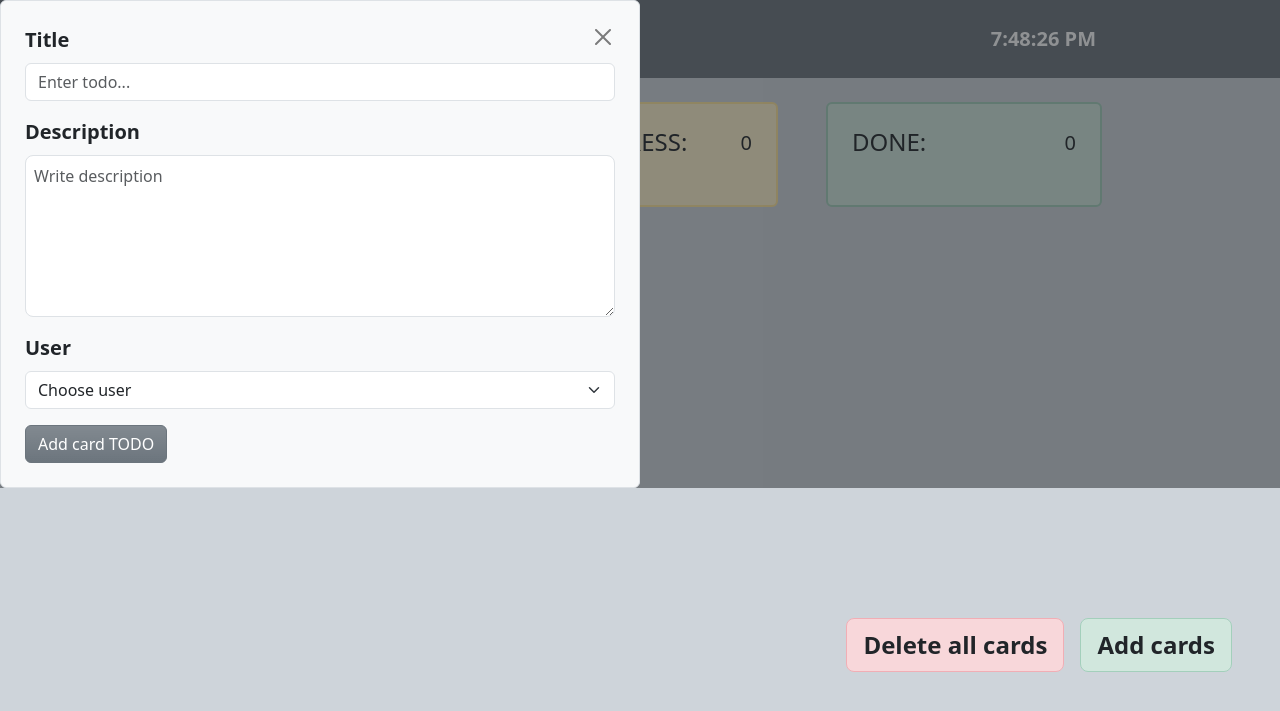
Repository: Valeria154/trello-app-clone
Page: / (app in trello-app-project/)
These files come from the project's save history. The page is drawn as it stood at one moment and after the next save; the edit follows.
The browser window is 1280 px wide. The pictures show the whole page.
After loading, the first visible `#addCardBtn` was clicked once.
The project was rebuilt for these pictures with package versions that can differ from the ones it lists, and the page was loaded fresh each time. Also part of the build but not shown: trello-app-project/vite.config.js.

Above is the page before, as saved 2025-03-15 20:58:05.

### trello-app-project/src/index.html
<!doctype html>
<html lang="en">

<head>
	<meta charset="UTF-8" />
	<meta name="viewport" content="width=device-width, initial-scale=1.0" />
	<title>Trello</title>
	<script type="module" src="./main.js"></script>
</head>

<body class="bg-dark-subtle">
	<header class="bg-secondary p-3">
		<div class="container d-flex justify-content-between align-items-center mx-autox w-75">
			<h1 class="fs-2 fw-bold text-white">Trello</h1>
			<div class="fs-5 fw-semibold text-white" id="clock"></div>
		</div>
	</header>
	<main class="p-4">
		<div class="container text-center w-75">
			<div class="row align-items-start mb-6 gap-5">
				<!-- TODO -->
				<div class="col border border-primary-subtle border-2 rounded-2 text-dark p-4 bg-primary-subtle">
					<div class="d-flex justify-content-between mb-3">
						<h4>TODO:</h4>
						<div id="todoCount" class="fs-5">0</div>
					</div>
					<div id="todo"></div>
				</div>
				<!-- In progress -->
				<div class="col border border-warning-subtle border-2 rounded-2 text-dark p-4 bg-warning-subtle">
					<div class="d-flex justify-content-between mb-3">
						<h4>IN PROGRESS:</h4>
						<div id="progressCount " class="fs-5">0</div>
					</div>
					<div id="progress"></div>
				</div>
				<!-- Done -->
				<div class="col border border-success-subtle border-2 rounded-2 text-dark p-4 bg-success-subtle">
					<div class="d-flex justify-content-between mb-3">
						<h4>DONE:</h4>
						<div id="doneCount" class="fs-5">0</div>
					</div>
					<div id="done"></div>
				</div>
			</div>
			<div class="d-grid gap-2 d-md-flex justify-content-md-end position-fixed bottom-0 end-0 p-5">
				<button class="btn btn-lg bg-danger-subtle border-danger-subtle me-md-2 fs-4 fw-semibold" type="button"
					id="deleteAllBtn">Delete all
					cards</button>
				<button id="addCardBtn" class="btn btn-lg bg-success-subtle border-success-subtle fs-4 fw-semibold"
					type="button">Add
					cards</button>
			</div>
			<!-- Modal form -->
			<div id="modalFormContainer" class="d-flex justify-content-center align-items-center position-relative"
				style="z-index: 20">
				<!-- <div class="position-fixed top-50 start-50 translate-middle w-100 bg-dark bg-opacity-50">
					<form class="p-4 border rounded bg-light text-start fw-semibold w-50 position-relative">
						<div class="mb-3">
							<label for="titile" class="form-label fs-5">Title</label>
							<input type="text" class="form-control" id="title" placeholder="Enter todo...">
						</div>
						<div class="mb-3">
							<label for="description" class="form-label fs-5">Description</label>
							<textarea class="form-control p-2 rounded-3" id="description" rows="6"
								placeholder="Write description"></textarea>
						</div>
						<div class="mb-3">
							<label for="user" class="form-label fs-5">User </label>
							<select id="user" class="form-select">
								<option selected value="">Choose user</option>
								<option value="Amelia">Amelia</option>
								<option value="Mary">Mary</option>
								<option value="Thomas">Thomas</option>
								<option value="Harry">Harry</option>
								<option value="Susan">Susan</option>
							</select>
						</div>
						<button type="submit" class="btn btn-primary bg-secondary bg-gradient border-secondary">Add card
							TODO</button>
						<button type="button" class="btn-close position-absolute top-0 end-0 me-4 mt-4"
							aria-label="close"></button>
					</form>
				</div> -->
			</div>
		</div>
	</main>

</body>

</html>

### trello-app-project/src/main.js
import './style.scss'
// import javascriptLogo from './javascript.svg'
// import viteLogo from '/vite.svg'

const clockElement = document.querySelector('#clock')
const addCardElement = document.querySelector('#addCardBtn')
const modalFormElement = document.querySelector('#modalFormContainer')

//функция, которая отражает часы
function showClock() {
	clockElement.textContent = new Date().toLocaleTimeString()
}
setInterval(showClock, 1000)
showClock()


//открытие модального окна после клика
addCardElement.addEventListener('click', handleClickButtonAddCard)

function handleClickButtonAddCard() {
	toggleModal(modalFormElement)
	modalFormElement.innerHTML = buildModalForm()
}

function toggleModal(modal) {
	modal.classList.toggle('show'); // Переключает класс "show", отвечающий за видимость
}
function buildModalForm() {
	return `
				<div class="position-fixed top-0 start-0 w-100 bg-dark bg-opacity-50">
					<form class="p-4 border rounded bg-light text-start fw-semibold w-50 position-relative">
						<div class="mb-3">
							<label for="title" class="form-label fs-5">Title</label>
							<input type="text" class="form-control" id="title" placeholder="Enter todo...">
						</div>
						<div class="mb-3">
							<label for="description" class="form-label fs-5">Description</label>
							<textarea class="form-control p-2 rounded-3" id="description" rows="6"
								placeholder="Write description"></textarea>
						</div>
						<div class="mb-3">
							<label for="user" class="form-label fs-5">User </label>
							<select id="user" class="form-select">
								<option selected value="">Choose user</option>
								<option value="Amelia">Amelia</option>
								<option value="Mary">Mary</option>
								<option value="Thomas">Thomas</option>
								<option value="Harry">Harry</option>
								<option value="Susan">Susan</option>
							</select>
						</div>
						<button type="submit" class="btn btn-primary bg-secondary bg-gradient border-secondary">Add card
							TODO</button>
						<button type="button" class="btn-close position-absolute top-0 end-0 me-4 mt-4"
							aria-label="close"></button>
					</form>
				</div>
	`

}

Loaded but not shown: trello-app-project/src/style.scss (common file)

After the next save:
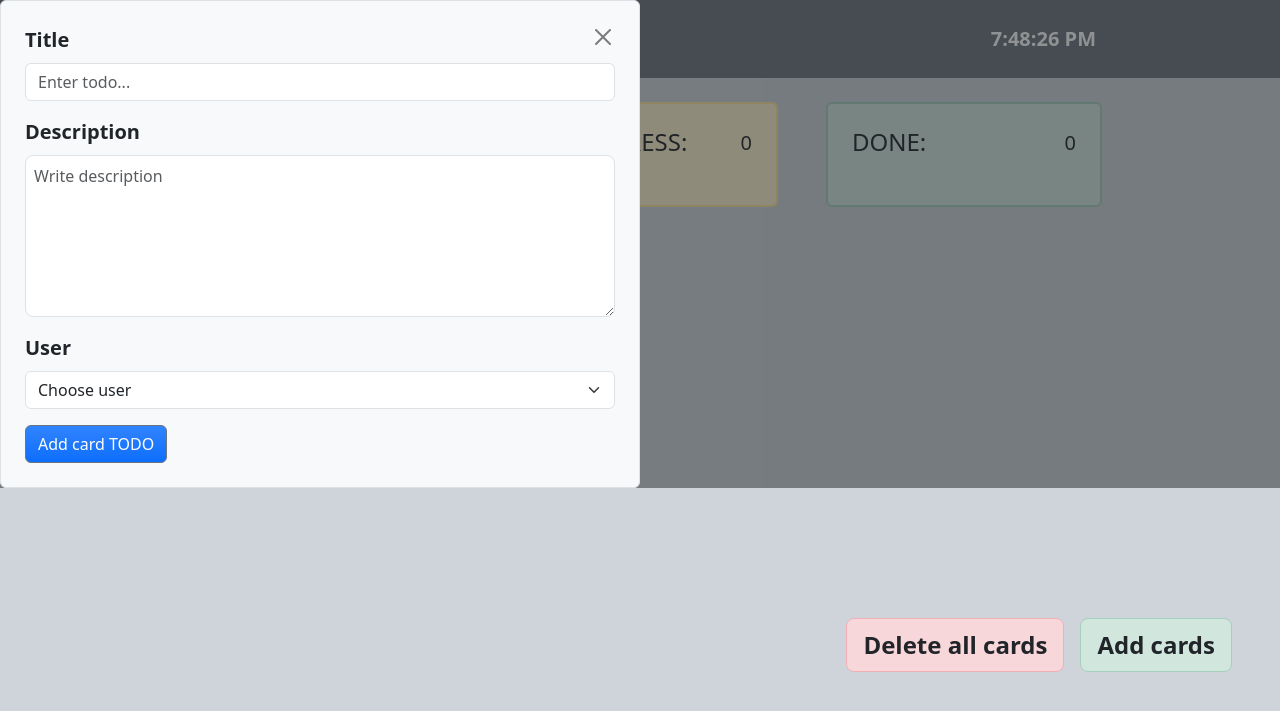
Saved 62 s later.
--- a/trello-app-project/src/main.js
+++ b/trello-app-project/src/main.js
@@ -49,7 +49,7 @@
 								<option value="Susan">Susan</option>
 							</select>
 						</div>
-						<button type="submit" class="btn btn-primary bg-secondary bg-gradient border-secondary">Add card
+						<button type="submit" class="btn btn-primary bg-primary bg-gradient border-secondary">Add card
 							TODO</button>
 						<button type="button" class="btn-close position-absolute top-0 end-0 me-4 mt-4"
 							aria-label="close"></button>
